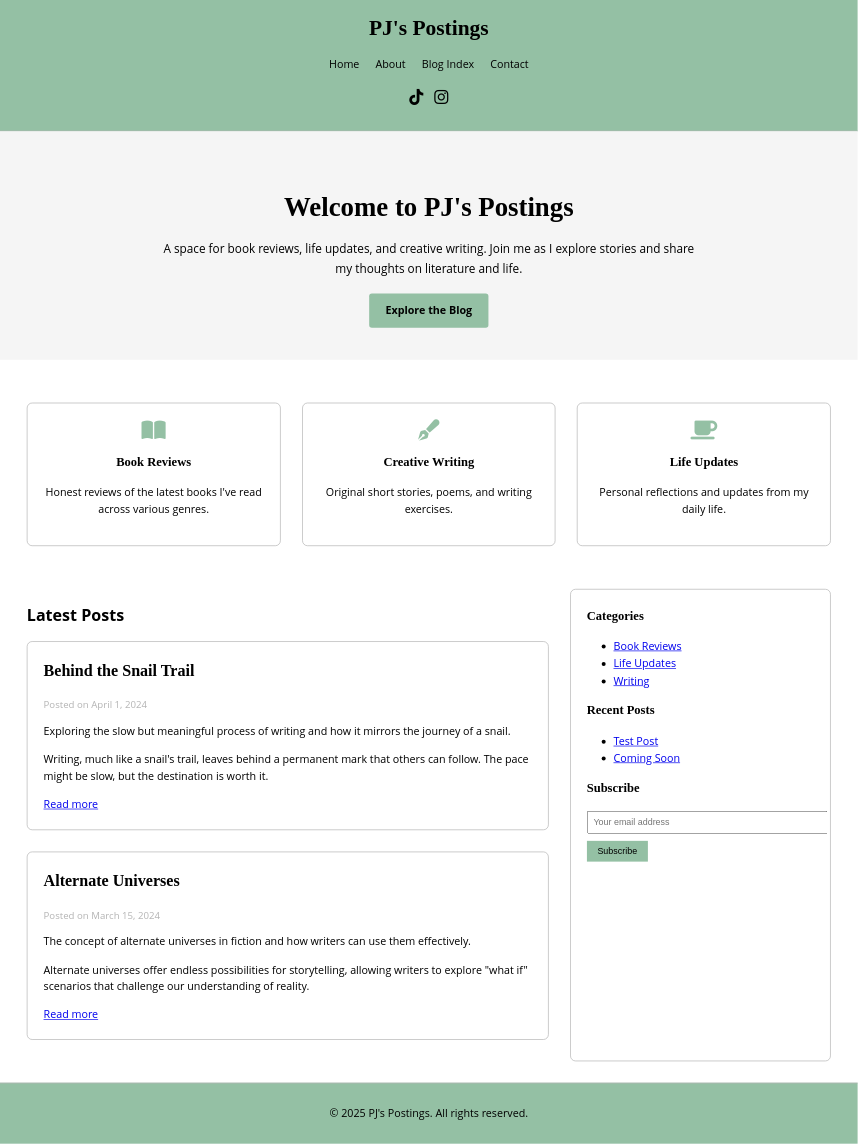
Repository: pjpatrick071/pjpatrick071.github.io
Page: index.html
The author's editor kept a copy of each file at every save. The page is drawn from the files as they stood at one save, then again after the next save.
The browser window is 1280 px wide. The pictures show the whole page, at 67% of full size.
Some web fonts or font styles are not loaded; a fallback is used.

Above is the page before, as saved 2025-04-02 23:09:16.

### index.html
<!DOCTYPE html>
<html lang="en">
<head>
    <meta charset="UTF-8">
    <meta name="viewport" content="width=device-width, initial-scale=1.0">
    <title>PJ's Postings</title>

    <!-- Fonts -->
    <link href="https://fonts-api.wp.com/css?family=Playfair+Display:400,400i,700,700i|Open+Sans:400,400i,700,700i&subset=latin,latin-ext" rel="stylesheet">

    <!-- Font Awesome (for icons) -->
    <link href="https://cdnjs.cloudflare.com/ajax/libs/font-awesome/6.4.0/css/all.min.css" rel="stylesheet">

    <!-- Main Styles -->
    <style>
        :root {
            --soft-green: #94c0a4;
            --silver: #b3b3b3;
            --black: #000000;
            --white: #ffffff;
        }

        body {
            font-family: 'Open Sans', sans-serif;
            line-height: 1.6;
            margin: 0;
            padding: 0;
            background-color: var(--white);
            color: var(--black);
        }

        /* Header Styles */
        header {
            background-color: var(--soft-green);
            padding: 1rem 0;
            text-align: center;
            border-bottom: 1px solid var(--silver);
        }

        .logo {
            font-size: 2rem;
            font-weight: bold;
            margin: 0;
            color: var(--black);
            font-family: 'Playfair Display', serif;
        }

        /* Navigation */
        nav ul {
            padding: 0;
            list-style: none;
            display: flex;
            justify-content: center;
            gap: 1.5rem;
            margin: 1rem 0;
        }

        nav a {
            text-decoration: none;
            color: var(--black);
            font-weight: 500;
            transition: color 0.3s;
        }

        nav a:hover {
            color: var(--silver);
        }

        /* Hero Section */
        .hero {
            background-color: #f5f5f5;
            padding: 3rem 1rem;
            text-align: center;
            margin-bottom: 2rem;
        }

        .hero h2 {
            font-family: 'Playfair Display', serif;
            font-size: 2.5rem;
            margin-bottom: 1rem;
        }

        .hero p {
            max-width: 800px;
            margin: 0 auto 1.5rem;
            font-size: 1.1rem;
        }

        .cta-button {
            display: inline-block;
            background-color: var(--soft-green);
            color: var(--black);
            padding: 0.8rem 1.5rem;
            border-radius: 4px;
            text-decoration: none;
            font-weight: bold;
            transition: background-color 0.3s;
        }

        .cta-button:hover {
            background-color: #82ad90;
        }

        /* Features Section */
        .features {
            display: flex;
            justify-content: space-around;
            flex-wrap: wrap;
            gap: 2rem;
            padding: 2rem;
            max-width: 1200px;
            margin: 0 auto;
        }

        .feature-card {
            flex: 1;
            min-width: 250px;
            background-color: var(--white);
            border: 1px solid var(--silver);
            border-radius: 8px;
            padding: 1.5rem;
            text-align: center;
        }

        .feature-card i {
            font-size: 2rem;
            color: var(--soft-green);
            margin-bottom: 1rem;
        }

        .feature-card h3 {
            font-family: 'Playfair Display', serif;
            margin-top: 0;
        }

        /* Main Content */
        .container {
            max-width: 1200px;
            margin: 2rem auto;
            padding: 0 1rem;
            display: grid;
            grid-template-columns: 2fr 1fr;
            gap: 2rem;
        }

        /* Blog Posts */
        .blog-post {
            background-color: var(--white);
            border: 1px solid var(--silver);
            border-radius: 8px;
            padding: 1.5rem;
            margin-bottom: 2rem;
        }

        .post-title {
            color: var(--black);
            margin-top: 0;
            font-family: 'Playfair Display', serif;
        }

        .post-meta {
            color: var(--silver);
            font-size: 0.9rem;
            margin-bottom: 1rem;
        }

        /* Sidebar */
        .sidebar {
            background-color: var(--white);
            border: 1px solid var(--silver);
            border-radius: 8px;
            padding: 1.5rem;
        }

        .sidebar-title {
            margin-top: 0;
            color: var(--black);
            font-family: 'Playfair Display', serif;
        }

        /* Footer */
        footer {
            background-color: var(--soft-green);
            text-align: center;
            padding: 1rem 0;
            border-top: 1px solid var(--silver);
            margin-top: 2rem;
        }

        /* Social Icons */
        .social-links {
            display: flex;
            justify-content: center;
            gap: 1rem;
            margin: 1rem 0;
        }

        .social-links a {
            color: var(--black);
            font-size: 1.5rem;
            transition: transform 0.3s;
        }

        .social-links a:hover {
            transform: scale(1.2);
        }

        /* Responsive Design */
        @media (max-width: 768px) {
            .container {
                grid-template-columns: 1fr;
            }

            .features {
                flex-direction: column;
            }
        }
    </style>
</head>
<body>
    <!-- Header -->
    <header>
        <h1 class="logo">PJ's Postings</h1>
        <nav>
            <ul>
                <li><a href="index.html">Home</a></li>
                <li><a href="about.html">About</a></li>
                <li><a href="blog.html"> Blog Index</a></li>
                <li><a href="#">Contact</a></li>
            </ul>
        </nav>

        <!-- Social Links -->
        <div class="social-links">
            <a href="https://www.tiktok.com/@p.j.patrick" target="_blank" rel="noopener noreferrer"><i class="fab fa-tiktok"></i></a>
            <a href="#" target="_blank" rel="noopener noreferrer"><i class="fab fa-instagram"></i></a>
        </div>
    </header>

    <!-- Hero Section -->
    <section class="hero">
        <h2>Welcome to PJ's Postings</h2>
        <p>A space for book reviews, life updates, and creative writing. Join me as I explore stories and share my thoughts on literature and life.</p>
        <a href="blog.html" class="cta-button">Explore the Blog</a>
    </section>

    <!-- Features Section -->
    <section class="features">
        <div class="feature-card">
            <i class="fas fa-book-open"></i>
            <h3>Book Reviews</h3>
            <p>Honest reviews of the latest books I've read across various genres.</p>
        </div>
        <div class="feature-card">
            <i class="fas fa-pen-fancy"></i>
            <h3>Creative Writing</h3>
            <p>Original short stories, poems, and writing exercises.</p>
        </div>
        <div class="feature-card">
            <i class="fas fa-coffee"></i>
            <h3>Life Updates</h3>
            <p>Personal reflections and updates from my daily life.</p>
        </div>
    </section>

    <!-- Main Content -->
    <div class="container">
        <!-- Blog Posts Section -->
        <main>
            <h2>Latest Posts</h2>

            <article class="blog-post">
                <h2 class="post-title">Behind the Snail Trail</h2>
                <p class="post-meta">Posted on April 1, 2024</p>
                <div class="entry-content">
                    <p>Exploring the slow but meaningful process of writing and how it mirrors the journey of a snail.</p>
                    <p>Writing, much like a snail's trail, leaves behind a permanent mark that others can follow. The pace might be slow, but the destination is worth it.</p>
                    <a href="blog.html#snail-trail">Read more</a>
                </div>
            </article>
            <article class="blog-post">
                <h2 class="post-title">Alternate Universes</h2>
                <p class="post-meta">Posted on March 15, 2024</p>
                <div class="entry-content">
                    <p>The concept of alternate universes in fiction and how writers can use them effectively.</p>
                    <p>Alternate universes offer endless possibilities for storytelling, allowing writers to explore "what if" scenarios that challenge our understanding of reality.</p>
                    <a href="blog.html#alternate-universes">Read more</a>
                </div>
            </article>
            <!-- Additional posts can be added by duplicating the article element -->
        </main>

        <!-- Sidebar -->
        <aside class="sidebar">
            <h3 class="sidebar-title">Categories</h3>
            <ul>
                <li><a href="blog.html#book-reviews">Book Reviews</a></li>
                <li><a href="blog.html#life-updates">Life Updates</a></li>
                <li><a href="blog.html#writing">Writing</a></li>
            </ul>

            <h3 class="sidebar-title">Recent Posts</h3>
            <ul>
                <li><a href="blog.html#test-post">Test Post</a></li>
                <li><a href="blog.html#coming-soon">Coming Soon</a></li>
            </ul>

            <!-- Email Subscription Form -->
            <h3 class="sidebar-title">Subscribe</h3>
            <form action="#" method="post">
                <input type="email" name="email" placeholder="Your email address" style="width: 100%; padding: 8px; margin-bottom: 10px;">
                <button type="submit" style="background: var(--soft-green); border: none; padding: 8px 16px; cursor: pointer;">Subscribe</button>
            </form>
        </aside>
    </div>

    <!-- Footer -->
    <footer>
        <p>&copy; <script>document.write(new Date().getFullYear());</script> PJ's Postings. All rights reserved.</p>
    </footer>

    <!-- JavaScript for dynamic elements -->
    <script>
        // Simple script to handle mobile menu toggle
        document.addEventListener('DOMContentLoaded', function() {
            // You can add interactive functionality here
            console.log('Blog loaded successfully!');
        });
    </script>
</body>
</html>

After the next save:
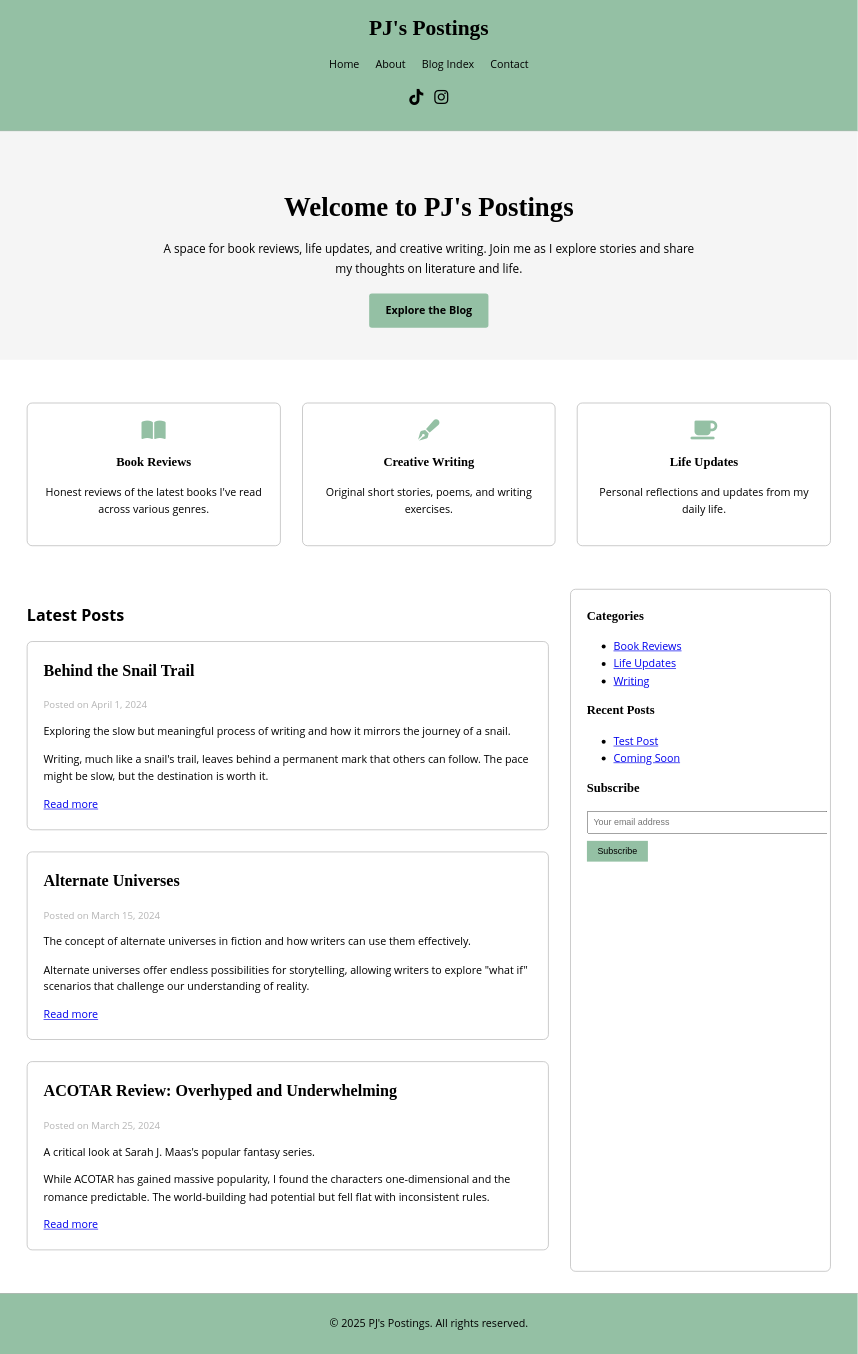
Saved 4 s later.
--- a/index.html
+++ b/index.html
@@ -287,6 +287,15 @@
                     <a href="blog.html#alternate-universes">Read more</a>
                 </div>
             </article>
+            <article class="blog-post">
+                <h2 class="post-title">ACOTAR Review: Overhyped and Underwhelming</h2>
+                <p class="post-meta">Posted on March 25, 2024</p>
+                <div class="entry-content">
+                    <p>A critical look at Sarah J. Maas's popular fantasy series.</p>
+                    <p>While ACOTAR has gained massive popularity, I found the characters one-dimensional and the romance predictable. The world-building had potential but fell flat with inconsistent rules.</p>
+                    <a href="blog.html#acotar-review">Read more</a>
+                </div>
+            </article>
             <!-- Additional posts can be added by duplicating the article element -->
         </main>
 
